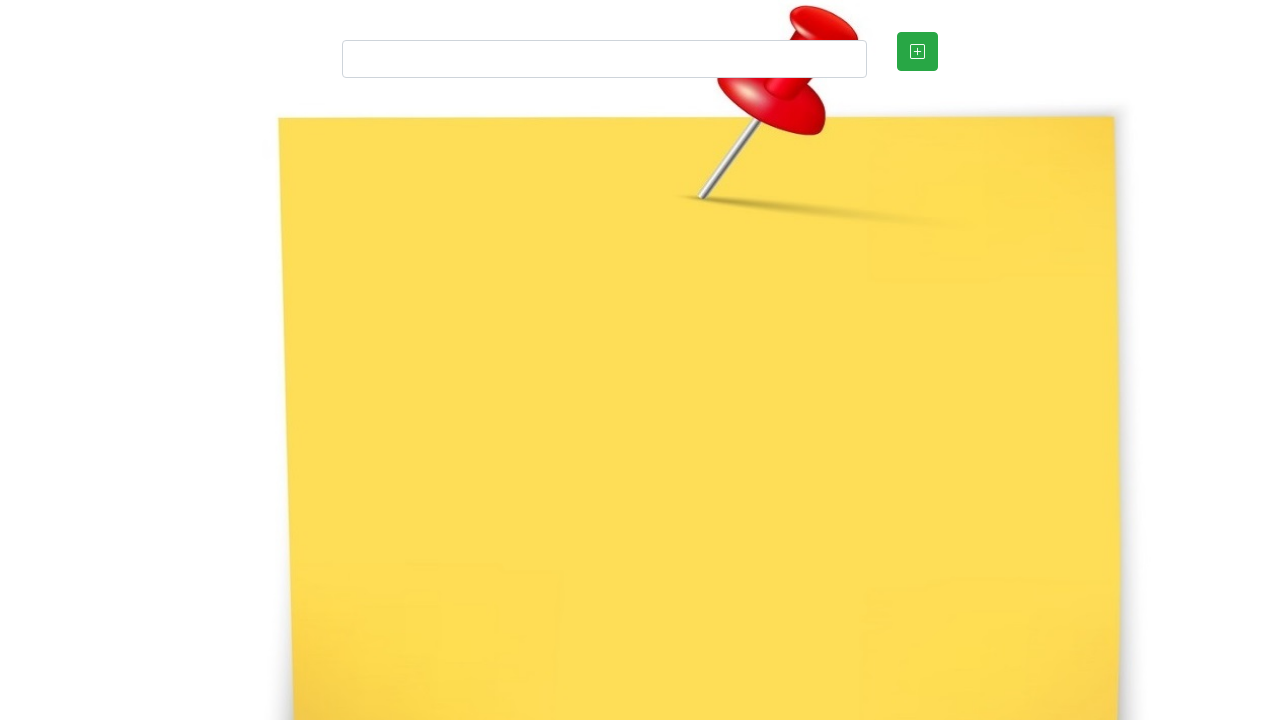
Repository: walaaElbasha/Todo-list-laravel
Page: http://localhost/tasks
An editor plug-in stored every save of this project. The page is shown before and after a run of saves, followed by the edit.
The browser window is 1280 px wide. The pictures show the whole page.
The page is served by the project's Laravel application, run on PHP 8.4 with Laravel 8. Style sheets and scripts are compiled from the project's sources, by tool versions that may differ from the author's. Queries for data that is not in the repository find no rows.

Above is the page before, as saved 2021-07-01 14:56:39.

After the next 2 saves:
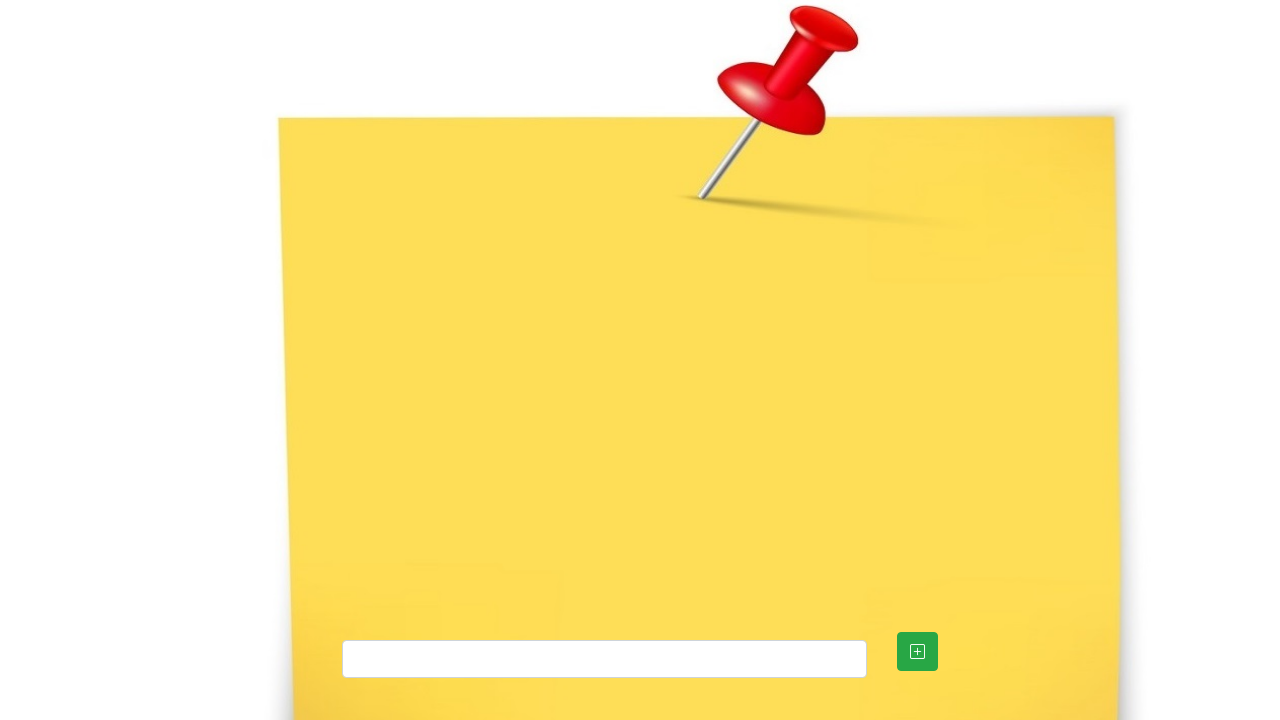
The 2 saves are shown as one change because they came seconds apart.
The last was saved 16 s later.
--- a/resources/views/tasks/index.blade.php
+++ b/resources/views/tasks/index.blade.php
@@ -9,7 +9,7 @@
 
         <!-- Display Validation Errors -->
         <table>
-            <ul>
+            <ul style="padding-top:600px">
                 @foreach($allTasks as $task)
 
 
